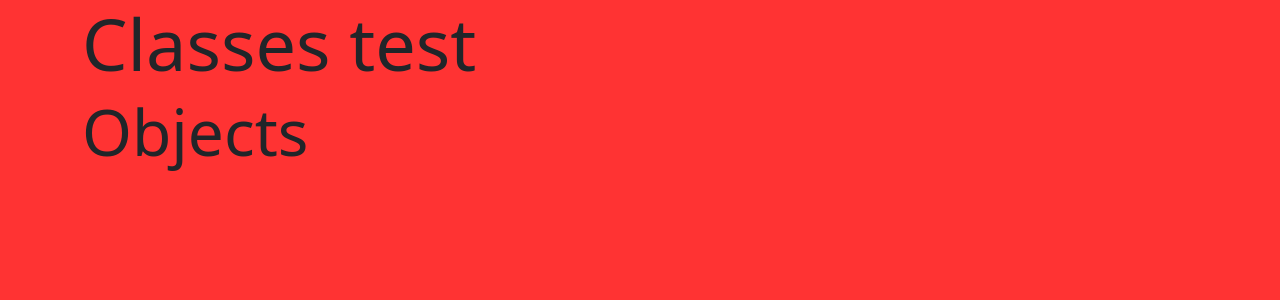
Repository: danieltikamori/wdb
Page: JavaScript/JS-classes/index.html
An editor plug-in stored every save of this project. The page is shown before and after the next save, followed by the edit.
The browser window is 1280 px wide. The pictures show the whole page.

Above is the page before, as saved 2023-01-29 12:24:02.

After the next save:
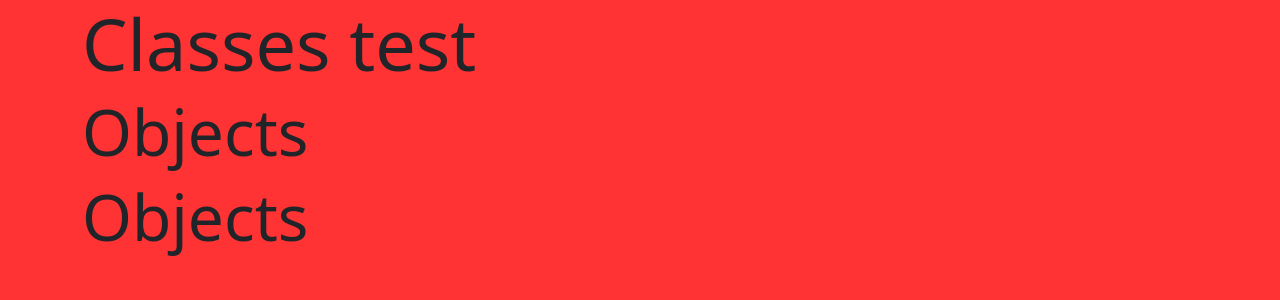
Saved 118 s later.
--- a/JavaScript/JS-classes/index.html
+++ b/JavaScript/JS-classes/index.html
@@ -11,6 +11,7 @@
 <div class="container">
   <h1 class="display-2">Classes test</h1>
   <h2 class="display-3">Objects</h2>
+  <h2 class="display-3">Objects</h2>
 </div>
 
 
